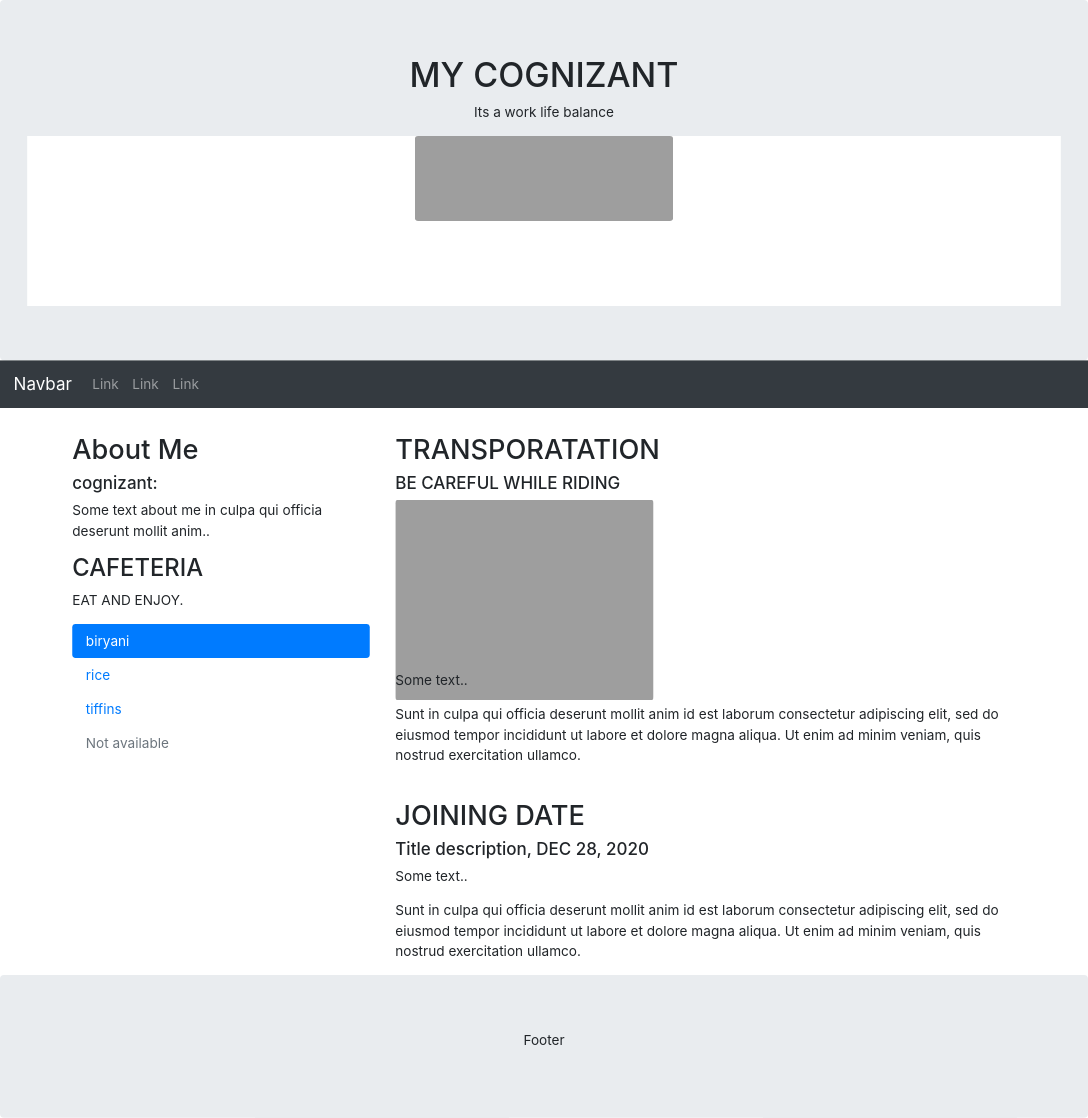
Repository: suvarsha/cognizant-projects
Page: BootStramp1/WebContent/first.html
An editor plug-in stored every save of this project. The page is shown before and after the next save, followed by the edit.
The browser window is 1280 px wide. The pictures show the whole page, at 85% of full size.
Pictures or frames that could not be fetched are drawn as grey boxes.

Above is the page before, as saved 2020-01-18 11:58:01.

After the next save:
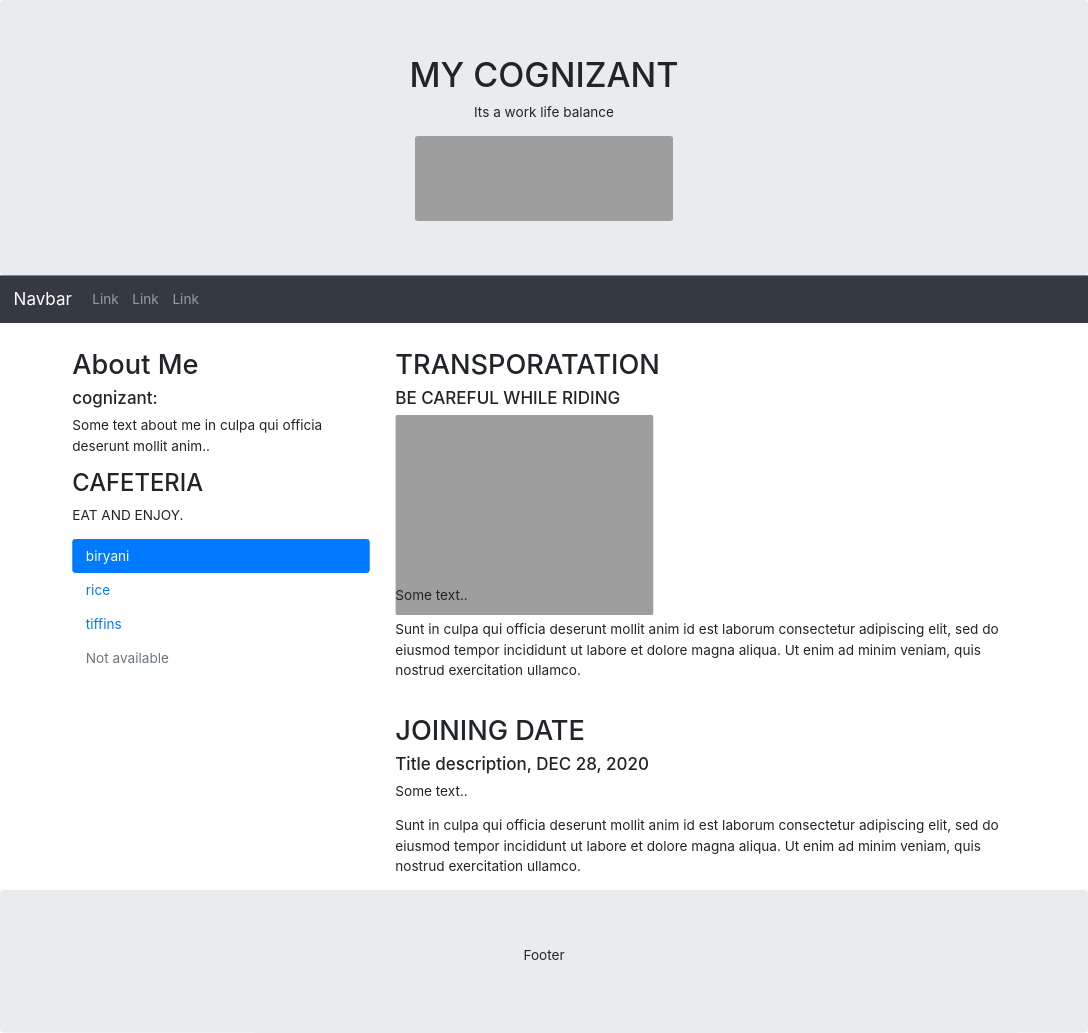
Saved 25 s later.
--- a/BootStramp1/WebContent/first.html
+++ b/BootStramp1/WebContent/first.html
@@ -20,9 +20,7 @@
 <div class="jumbotron text-center" style="margin-bottom:0">
   <h1>MY COGNIZANT</h1>
   <p>Its a  work life balance</p>
-  <div class="fakeimg">
   <img src="C:\cognizant\BootStramp1\WebContent\image\download (1).jpg"  class="rounded" alt="Cinque Terre" width="304" height="100"></div>
-</div>
 
 <nav class="navbar navbar-expand-sm bg-dark navbar-dark">
   <a class="navbar-brand" href="#">Navbar</a>
